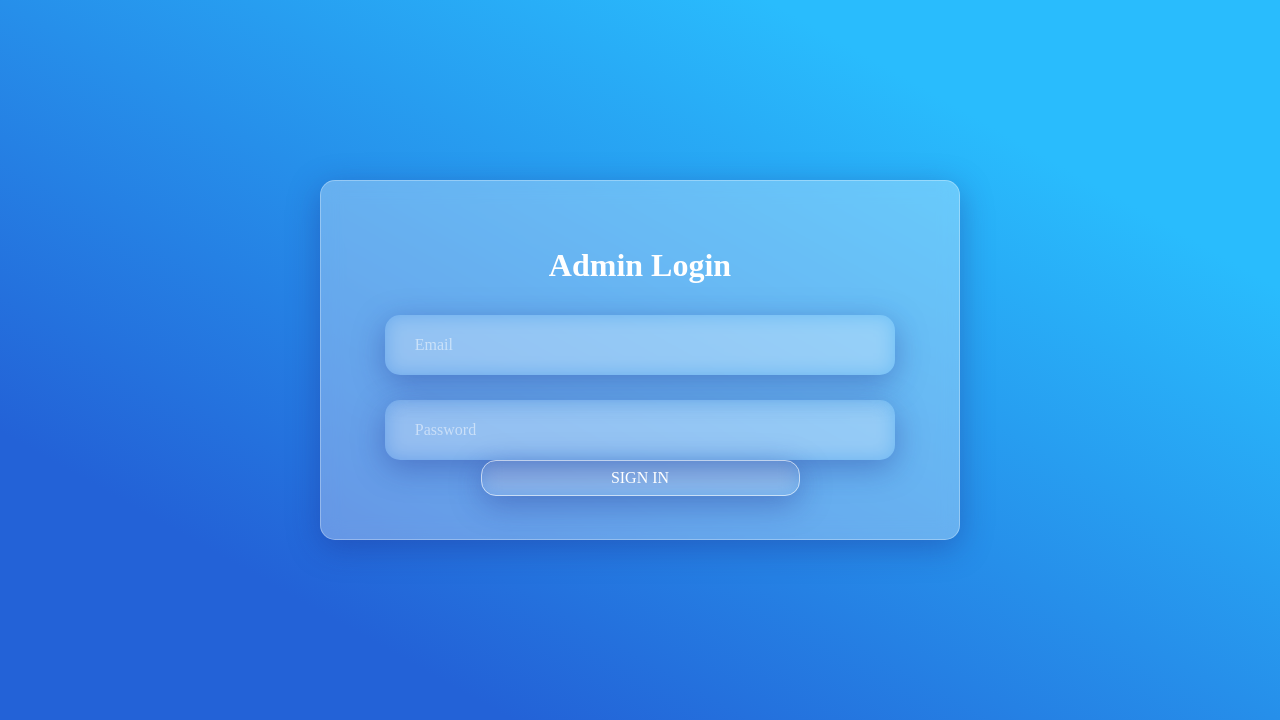
Repository: LEEYONGJUN3068/cms
Page: /login
The author's editor kept a copy of each file at every save. The page is drawn from the files as they stood at one save, then again after the next save.
The browser window is 1280 px wide. The pictures show the whole page.
The page's requests for data from a server got no answer. The project was rebuilt for these pictures with package versions that can differ from the ones it lists, and the page was loaded fresh each time. The framework's server and built-in components were replaced by stand-ins that run in the browser. No one was signed in, and anything a server would have sent is missing. Also part of the build but not shown: next.config.mjs.

Above is the page before, as saved 2025-09-23 15:21:08.

After the next save:
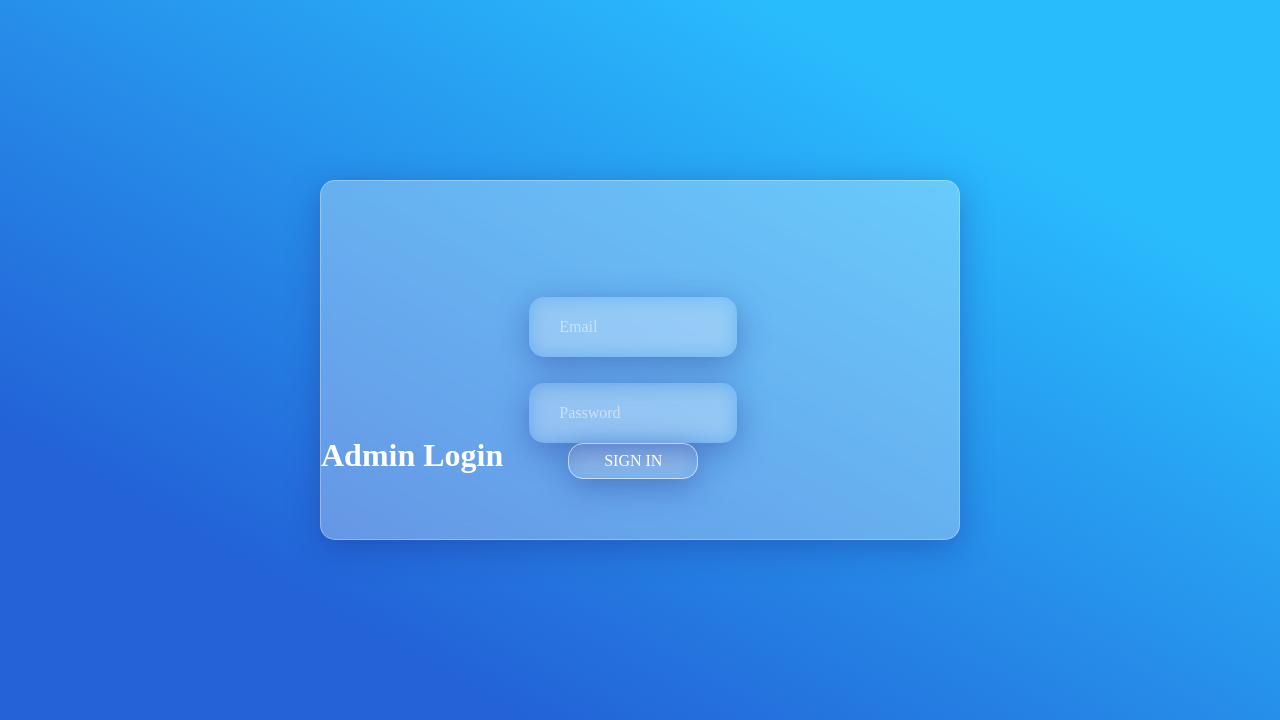
Saved 66 s later.
--- a/src/app/login/login.module.scss
+++ b/src/app/login/login.module.scss
@@ -20,6 +20,8 @@
         border-radius: 15px;
         padding: clamp(0px, 5vw, 60px) 0;
         color: white;
+        display: flex;
+        align-items: end;;
 
         h2{
             position: relative;
